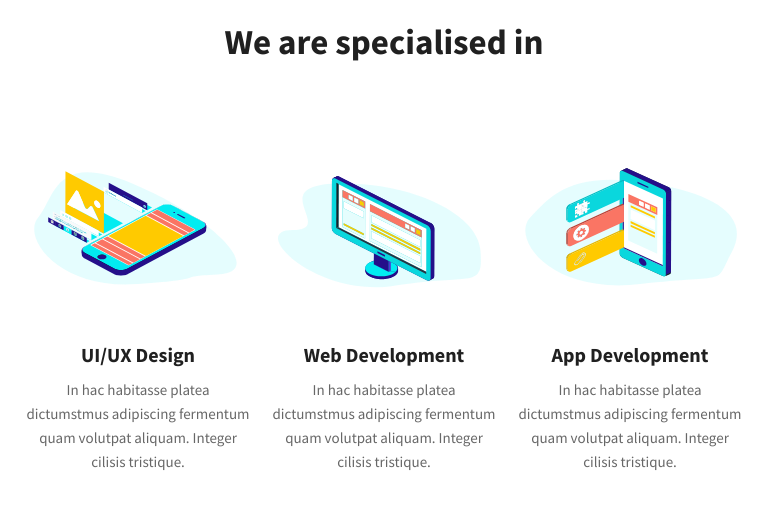
Repository: advert31337/marafon_from0to1_MartaUP
Page: index.html
These files come from the project's save history. The page is drawn as it stood at one moment and after the next save; the edit follows.
The browser window is 768 px wide. The pictures show the part of the page from y = 793 to 1307 px (the page is 1307 px tall before and 1251 px after).

Above is the page before, as saved 2020-03-08 15:29:37.

### index.html
<!DOCTYPE html>
<html lang="en">

<head>
    <meta charset="UTF-8">
    <meta name="viewport" content="width=device-width, initial-scale=1.0">
    <title>Marafon MartaUP</title>
    <link href="https://fonts.googleapis.com/css?family=Source+Sans+Pro:400,600,700&display=swap" rel="stylesheet">
    <link rel="stylesheet" href="css/reset.css">
    <link rel="stylesheet" href="css/slick.css">
    <link rel="stylesheet" href="css/style.css">
</head>

<body>
    <header class="header">

        <div class="container">
            <div class="header__top">

                <div class="logo">
                    <a href="#!">+
                        <img src="images/logo.svg" alt="">
                    </a>
                </div>

                <nav class="menu">
                    <div class="menu__btn">
                        <span>

                        </span>
                    </div>
                    <ul class="menu__list">
                        <li><a class="menu__list-item" href="#">home</a></li>
                        <li><a class="menu__list-item" href="#">work</a></li>
                        <li><a class="menu__list-item" href="#">about</a></li>
                        <li><a class="menu__list-item" href="#">contact</a></li>
                    </ul>
                </nav>

                <div class="header-btn">
                    <a class="login" href="#">login</a>
                    <a class="sign-up" href="#">sign up</a>
                </div>

            </div>

            <div class="header-slider">
                <div class="header-slider__item">
                    <div class="header-slider__item-content">

                        <div class="header-slider__item-info">
                            <h3 class="header-slider__title">
                                We Build Apps & Websites
                                for Your Business
                            </h3>
                            <div class="header-slider__description">
                                For startups, For businesses & For you
                            </div>
                            <a href="" class="header-slider__btn">Request a quote</a>
                        </div>

                        <div class="header-slider__item-images">
                            <img src="images/slider-img.png" alt="">
                        </div>
                    </div>
                </div>


                <div class="header-slider__item">
                    <div class="header-slider__item-content">

                        <div class="header-slider__item-info">
                            <h3 class="header-slider__title">
                                We Build Apps & Websites
                                for Your Business
                            </h3>
                            <div class="header-slider__description">
                                For startups, For businesses & For you
                            </div>
                            <a href="" class="header-slider__btn">Request a quote</a>
                        </div>

                        <div class="header-slider__item-images">
                            <img src="images/slider-img.png" alt="">
                        </div>
                    </div>
                </div>


                <div class="header-slider__item">
                    <div class="header-slider__item-content">

                        <div class="header-slider__item-info">
                            <h3 class="header-slider__title">
                                We Build Apps & Websites
                                for Your Business
                            </h3>
                            <div class="header-slider__description">
                                For startups, For businesses & For you
                            </div>
                            <a href="" class="header-slider__btn">Request a quote</a>
                        </div>

                        <div class="header-slider__item-images">
                            <img src="images/slider-img.png" alt="">
                        </div>
                    </div>
                </div>


                <div class="header-slider__item">
                    <div class="header-slider__item-content">

                        <div class="header-slider__item-info">
                            <h3 class="header-slider__title">
                                We Build Apps & Websites
                                for Your Business
                            </h3>
                            <div class="header-slider__description">
                                For startups, For businesses & For you
                            </div>
                            <a href="" class="header-slider__btn">Request a quote</a>
                        </div>

                        <div class="header-slider__item-images">
                            <img src="images/slider-img.png" alt="">
                        </div>
                    </div>
                </div>


                <div class="header-slider__item">
                    <div class="header-slider__item-content">

                        <div class="header-slider__item-info">
                            <h3 class="header-slider__title">
                                We Build Apps & Websites
                                for Your Business
                            </h3>
                            <div class="header-slider__description">
                                For startups, For businesses & For you
                            </div>
                            <a href="" class="header-slider__btn">Request a quote</a>
                        </div>

                        <div class="header-slider__item-images">
                            <img src="images/slider-img.png" alt="">
                        </div>
                    </div>
                </div>
            </div>

        </div>

    </header>

    <section class="specialised">
        <div class="container">
            <div class="specialised__title title">
                We are specialised in
            </div>
            <div class="specialised__items">
                <div class="specialised__item">
                    <div class="specialised__item-img">
                        <img src="images/specialise-1.svg" alt="">
                    </div>

                    <div class="specialise__item-title">
                        UI/UX Design
                    </div>
                    <div class="specialise__item-text">
                        In hac habitasse platea dictumstmus adipiscing fermentum quam volutpat aliquam. Integer cilisis tristique.
                    </div>
                </div>
                <div class="specialised__item">
                    <div class="specialised__item-img">
                        <img src="images/specialise-2.svg" alt="">
                    </div>
                    <div class="specialise__item-title">
                        Web Development
                    </div>
                    <div class="specialise__item-text">
                        In hac habitasse platea dictumstmus adipiscing fermentum quam volutpat aliquam. Integer cilisis tristique.
                    </div>
                </div>
                <div class="specialised__item">
                    <div class="specialised__item-img">
                        <img src="images/specialise-3.svg" alt="">
                    </div>
                    <div class="specialise__item-title">
                        App Development
                    </div>
                    <div class="specialise__item-text">
                        In hac habitasse platea dictumstmus adipiscing fermentum quam volutpat aliquam. Integer cilisis tristique.
                    </div>
                </div>
            </div>
        </div>
    </section>

    <!-- <section class="advantages">
        <div class="container">

            <div class="advantages-box">
                <div class="advantages-box__info">
                    <div class="advantages-box__title">
                        Experienced Designers & Developers
                    </div>
                    <div class="advantages-box__text">
                        <p>
                            Nam dapibus nisl vitae elit fringilla rutrum. Aenean sollicitudin, erat a elementum rutrum, neque sem pretium metus, quis mollis nisl nunc et massa.
                        </p>
                        <p>
                            Vestibulum sed metus in lorem tristique ullamcorper id vitae erat.
                        </p>
                    </div>
                </div>

                <div class="advantages-box__img">
                    <img src="images/advantages-1.png" alt="">
                </div>
            </div>

            <div class="advantages-box advantages-box--right">
                <div class="advantages-box__info">
                    <div class="advantages-box__title">
                        Information Architect &
                        Visual Prototyping
                    </div>
                    <div class="advantages-box__text">
                        <p>
                            Nam dapibus nisl vitae elit fringilla rutrum. Aenean sollicitudin, erat a elementum rutrum, neque sem pretium metus, quis mollis nisl nunc et massa.
                        </p>
                        <p>
                            Vestibulum sed metus in lorem tristique ullamcorper id vitae erat. Nulla mollis sapien sollicitudin lacinia lacinia. Nam dapibus nisl vitae elit fringilla rutrum. Aenean sollicitudin, erat a elementum rutrum, neque sem pretium metus, quis mollis nisl nunc et massa
                        </p>
                    </div>
                </div>
                <div class="advantages-box__img">
                    <img src="images/advantages-2.png" alt="">
                </div>
            </div>

            <div class="advantages-box">
                <div class="advantages-box__info advantages-box__info--bg">
                    <div class="advantages-box__title">
                        Idea Generation & Foundation
                    </div>
                    <div class="advantages-box__text">
                        <p>
                            Nam dapibus nisl vitae elit fringilla rutrum. Aenean sollicitudin, erat a elementum rutrum, neque sem pretium metus, quis mollis nisl nunc et massa. Nam dapibus nisl vitae elit fringilla rutrum. Aenean sollicitudin, erat a elementum rutrum, neque sem pretium metus, quis mollis nisl nunc et massa    Vestibulum sed metus in lorem tristique ullamcorper id vitae erat. Nulla mollis sapien sollicitudin lacinia lacinia. Nam dapibus nisl vitae elit fringilla rutrum. Aenean sollicitudin, erat a elementum rutrum, neque sem pretium metus, quis mollis nisl nunc et massa
                        </p>
                    </div>
                </div>

                <div class="advantages-box__img">
                    <img src="images/advantages-3.png" alt="">
                </div>
            </div>
        </div>
    </section> -->

    <!-- <section class="reviews">
        <div class="container">
            <div class="reviews__title title">
                Don’t Just Take Our Words
            </div>
            <div class="reviews__items">

                <div class="reviews__item">
                    <div class="reviews__item-head">
                        <img src="images/rev-1.jpg" alt="">
                        <div class="reviews__item-info">
                            <div class="reviews__item-name">
                                Arakat Bank
                            </div>
                            <div class="reviews__item-position">
                                International Bank Ltd.
                            </div>
                        </div>
                    </div>
                    <div class="reviews__item-text">
                        Fusce vehicula dolor arcu, sit amet blandit dolor mollis nec. Donec viverra eleifend lacus, vitae ullamcorper metus. Sed sollicitudin ipsum.
                    </div>
                </div>

                <div class="reviews__item">
                    <div class="reviews__item-head">
                        <img src="images/rev-2.jpg" alt="">
                        <div class="reviews__item-info">
                            <div class="reviews__item-name">
                                Chrsitopher Company Ltd.
                            </div>
                            <div class="reviews__item-position">
                                Design & Development
                            </div>
                        </div>
                    </div>
                    <div class="reviews__item-text">
                        Fusce vehicula dolor arcu, sit amet blandit dolor mollis nec. Donec viverra eleifend lacus, vitae ullamcorper metus. Sed sollicitudin ipsum.
                    </div>
                </div>

                <div class="reviews__item">
                    <div class="reviews__item-head">
                        <img src="images/rev-3.jpg" alt="">
                        <div class="reviews__item-info">
                            <div class="reviews__item-name">
                                Jigsawlab Studio Inc.
                            </div>
                            <div class="reviews__item-position">
                                Interactive Prototyping
                            </div>
                        </div>
                    </div>
                    <div class="reviews__item-text">
                        Fusce vehicula dolor arcu, sit amet blandit dolor mollis nec. Donec viverra eleifend lacus, vitae ullamcorper metus. Sed sollicitudin ipsum.
                    </div>
                </div>

            </div>
        </div>
    </section> -->

    <!-- <footer class="footer">
        <div class="container">
            <div class="footer__inner">
                <div class="footer__link">
                    <a href="#">About Martaup</a>
                    <a href="#">Help</a>
                    <a href="#">Privacy Policy</a>
                </div>
                <div class="footer__copy">
                    © 2013-2018 All rights reserved.
                </div>
            </div>
        </div>
    </footer> -->


    <script src="https://ajax.googleapis.com/ajax/libs/jquery/3.4.1/jquery.min.js"></script>
    <script src="js/slick.min.js"></script>
    <script src="js/main.js"></script>
</body>

</html>

### css/style.css
*{
    box-sizing: border-box;
}

body {
    font-family: 'Source Sans Pro', sans-serif;
    font-size: 15px;
    line-height: 24px;
}

a {
    text-decoration: none;
    color: inherit;
}
.header {
    background-image: url('../images/header-bg.jpg');
    min-height: 793px;
    background-repeat: no-repeat;
    background-size: cover;
    background-position: top center;
}

.container {
    max-width: 1200px;
    margin: 0 auto;
    padding: 0 15px 0 15px;

}

.header__top {
    display: flex;
    justify-content: space-between;
    height: 100px;
    align-items: center;
}

.menu__list {
    display: flex;
}

.menu__list li + li {
    padding-left: 50px;

}

.login {
    margin-right: 44px;
    color: #fff;
    text-transform: uppercase;
    font-weight: 600;
}

.menu__list a{
    opacity: 0.5;
    color: #fff;
    font-weight: 600;
    text-transform: uppercase;
    transition: all 0.5s;
}

.menu__list a:hover {
    opacity: 1;
}

.sign-up {
    text-transform: uppercase;
    color: #250f8a;
    font-weight: 600;
    background-color: #fff;
    padding: 8px 43px;
    border-radius: 20px;

}

.header-slider {
    padding-top: 111px;
}
.header-slider__item {

}
.header-slider__item-content {
    display: flex;
    justify-content: space-between;
}
.header-slider__item-info {
    max-width: 506px;
    color:#fff;
}
.header-slider__title {
    font-weight: 700;
    font-size: 45px;
    line-height: 60px;
    margin-bottom: 10px;
}
.header-slider__description {
    line-height: 55px;
    font-size: 24px;
    margin-bottom: 60px;
}
.header-slider__btn {
    font-weight: 600;
    text-transform: uppercase;
    color: #250F8A;
    padding: 13px 39px;
    background-color: #FFCA00;
    border-radius: 25px;
}
.header-slider__item-images {
    margin: 10px 82px 0 0;
}

.header-dots{
    list-style: none;
    position: absolute;
    right: 0;
    top: 50%;
    transform: translateY(-50%)
}

.header-dots button {
    border: none;
    background-color: #fff;
    opacity: 0.5;
    font-size: 0;
    padding: 0;
    width: 7px;
    height: 7px;
    border-radius: 3.5px;
    cursor: pointer;
    outline: none;
    margin: 10px auto;
    display: block;
}

.header-dots .slick-active button{
    width: 15px;
    opacity: 1;
}

.specialised{
    padding: 55px 0 93px;
    background-image: url(../images/special-bg.svg);
    background-position: left bottom;
    background-repeat: no-repeat;
    color: #202020;
    text-align: center;
}

.specialised__title {
    margin-bottom: 96px;
}
.title {
    font-size: 35px;
    line-height: 45px;
    font-weight: 700;
    text-align: center;
}

.specialised__items {
    display: flex;
    justify-content: space-between;
    max-width: 980px;
    margin: 0 auto;

}
.specialised__item {
    width: 280px;
}
.specialised__item-img {
    margin-bottom: 23px;
    min-height: 159px;
}
.specialise__item-title {
    margin-bottom: 11px;
    font-size: 20px;
    font-weight: 700;
}
.specialise__item-text {
   padding: 0 10px;
   color: #272727;
   opacity: 0.7;
}


.advantages {
    padding-top: 64px;
    background: #f4f9fd;
    background-image: url(../images/advantages-bg.svg);
    background-repeat: no-repeat;
    background-position: center right;
}

.advantages-box {
    display: flex;
    justify-content: space-between;
    padding-bottom: 76px;
}

 .advantages-box--right .advantages-box__info{
    order: 1;
    background-image: url(../images/title-bg-2.svg);
    background-position: 22px 130px;
}
.advantages-box__info {
    max-width: 455px;
    padding-top: 60px;
    background-image: url(../images/title-bg-1.svg);
    background-repeat: no-repeat;
    background-position: 22px 76px;
}

.advantages-box__info--bg{
    background-image: url(../images/title-bg-3.svg);
    background-position: 5px 105px;
}


.advantages-box__title {
    color: #202020;
    font-size: 35px;
    line-height: 45px;
    font-weight: 700;
    padding: 68px 0 15px 48px;

}
.advantages-box__text {
    padding-left: 48px;
    color: #272727;
}

.advantages-box__text p{
    margin: 12px 0;
}


.reviews {
    background-image: url(../images/reviews-bg.jpg);
    background-repeat: no-repeat;
    background-position: top center;
    background-size: cover;
    padding: 38px 53px;
}

.reviews__title {
    color: #fff;
    margin: 0 auto 48px;
    max-width: 384px;
}
.reviews__items {
    max-width: 940px;
    margin: 0 auto;
    display: flex;
    justify-content: space-between;
}
.reviews__item {
    width: 300px;
    border-radius: 5px;
    background-color: rgba(255, 255, 255, .2);
    padding: 35px 20px;
    color: #fff;
}
.reviews__item-head {
    margin-bottom: 13px;
    display: flex;
}

.reviews__item-head img{
    border-radius: 50%;
    margin-right: 20px;
}

.reviews__item-name {
    font-weight: 600;
}
.reviews__item-position {
    opacity: .5;
}
.reviews__item-text {
    text-align: center;
    padding-top: 39px;
    position: relative;
}

.reviews__item-text::before{
    content: "“";
    font-size: 40px;
    line-height: 55px;
    font-weight: 700;
    position: absolute;
    top: 0;
    left: 0;
    right: 0;
}

.footer{

}

.footer__inner {
    display: flex;
    justify-content: space-between;
    align-items: center;
    height: 61px;
    color: #272727;
    padding: 0 40px;
}
.footer__link a + a {
    margin-left: 20px;
}




@media (max-width: 1201px){
    .specialised{
        background-size: 60px;
    }
}

@media (max-width: 1190px){
    .header-slider__item-images{
        margin: 50px 20px 0 0;
    }
    .header-slider__item-images img{
        width: 80%;
    }
    .header-slider__item-info{
        padding: 50px 0;
    }

    .header-slider{
        padding-top: 25px;
    }
}

@media (max-width: 1080px){
    .specialised{
        background-image: none;
    }
}


@media (max-width: 924px){
    .header__top{
        flex-wrap: wrap;
    }

    .header-btn{
        width: 100%;
        text-align: right;
    }

    .login{
        margin-right: 30px;
    }

}

@media (max-width: 900px){
    .header-slider__item-images{
        display: none;
    }
}

@media (max-width: 775px) {
    .specialised{
        padding: 20px 0 40px;
    }
}

@media (max-width: 570px) {
    .menu__list{
        display: none;
        position: absolute;
        top: 120px;
        left: 0;
        text-align: center;
        width: 100%;
        background-color: #1a50a8;
        z-index: 5;
    }

    .menu__list li + li{
        padding-left: 0;
    }

    .menu__list a{
        display: block;
        padding: 10px;
    }

    .menu__btn{
        width: 30px;
        height: 20px;
        position: relative;

    }

    .menu__btn span{
        width: 100%;
        height: 2px;
        background-color: #fff;
        top:9px;
        position: absolute;
    }

    .menu__btn::after,
    .menu__btn::before{
        content: "";
        height: 2px;
        width: 100%;
        background-color: #fff;
        position: absolute;
    }

    .menu__btn::after{
        top: 0;
    }

    .menu__btn::before{
        bottom: 0;
    }

    .header-slider__item-info{
        padding: 10px 30px 10px 0;
    }

    .header{
        min-height: 580px;
    }

    .header-slider__description{
        margin-bottom: 20px;
        font-size: 20px;
        line-height: 35px;
    }

    .header-slider__title{

        font-size: 35px;
        line-height: 45px;

    }



}

@media (min-width: 570px){
    .menu__list{
        display: flex !important;
    }

}

### js/main.js
$(function(){
    $('.header-slider').slick({
        arrows: false,
        vertical: true,
        dots: true,
        dotsClass: 'header-dots',
        autoplay: 2000,

    })

    $('.menu__btn').on('click', function(){
        $('.menu__list').slideToggle()
    })
})

Loaded but not shown: css/reset.css (common file); css/slick.css (common file); js/slick.min.js (library)

After the next save:
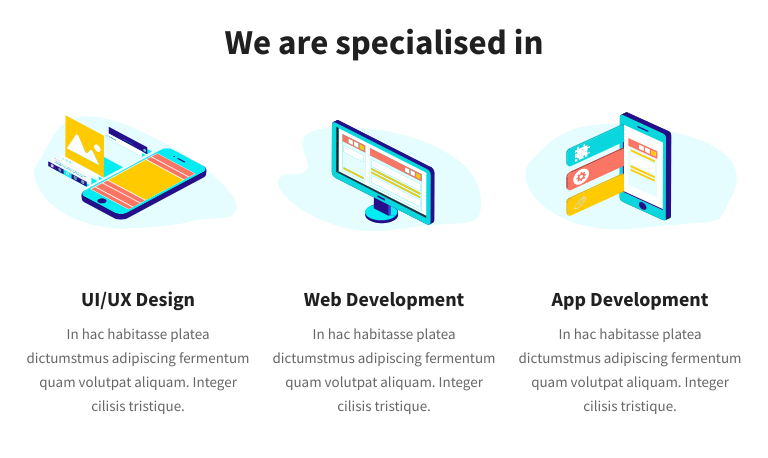
Saved 46 s later.
--- a/css/style.css
+++ b/css/style.css
@@ -366,6 +366,10 @@ a {
     .specialised{
         padding: 20px 0 40px;
     }
+
+    .specialised__title{
+        margin-bottom: 40px;
+    }
 }
 
 @media (max-width: 570px) {
